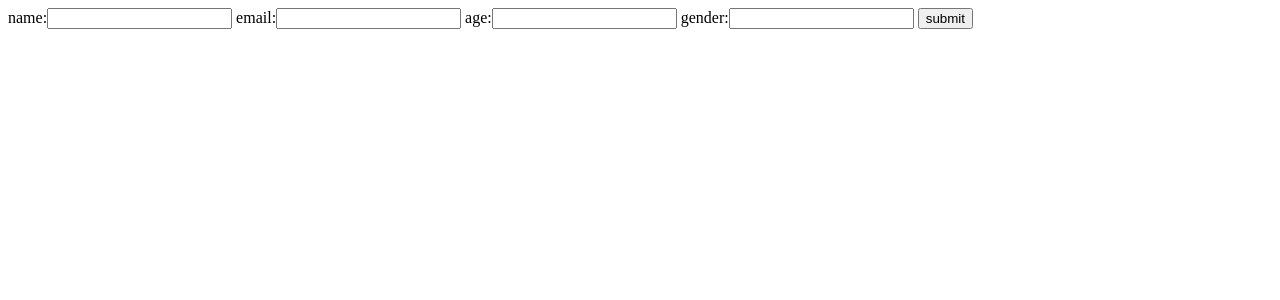
Repository: loganathanofficial/before-17-11-2025
Page: http://localhost/SecondApp/Form.jsp
These files come from the project's save history. The page is drawn as it stood at one moment and after the next save; the edit follows.
The browser window is 1280 px wide. The pictures show the whole page.
The page is served by Tomcat 10. Other server files are loaded and not shown.

Above is the page before, as saved 2025-02-25 04:08:39.

### Spring_MVC/SecondApp/src/main/webapp/Form.jsp
<%@ page language="java" contentType="text/html; charset=UTF-8"
    pageEncoding="UTF-8"%>
<!DOCTYPE html>
<html>
<head>
<meta charset="UTF-8">
<title>Insert title here</title>
</head>
<body>

<form action="save" method="post">

	name:<input type="text" name="studentname">
	email:<input type="text" name="studentemail">
	age:<input type="text" name="studentage">
	gender:<input type="text" name="studentgendet">
	<button type="submit">submit</button>
</form>

</body>
</html>

After the next save:
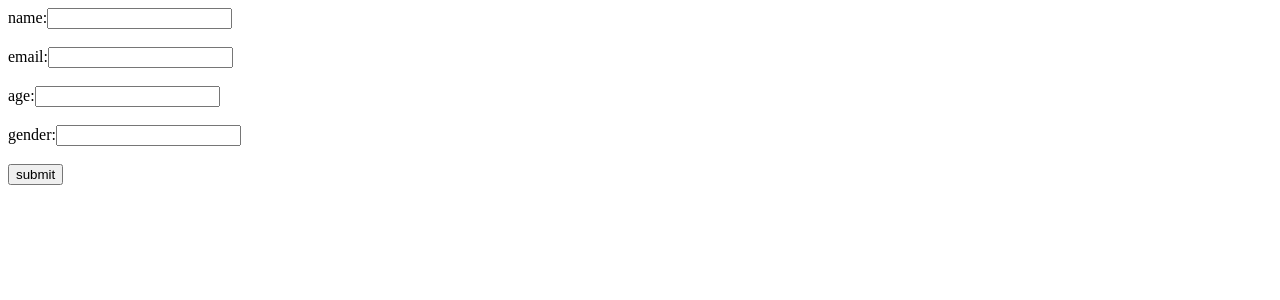
Saved 37 s later.
--- a/Spring_MVC/SecondApp/src/main/webapp/Form.jsp
+++ b/Spring_MVC/SecondApp/src/main/webapp/Form.jsp
@@ -10,10 +10,10 @@
 
 <form action="save" method="post">
 
-	name:<input type="text" name="studentname">
-	email:<input type="text" name="studentemail">
-	age:<input type="text" name="studentage">
-	gender:<input type="text" name="studentgendet">
+	name:<input type="text" name="studentname"><br><br>
+	email:<input type="text" name="studentemail"><br><br>
+	age:<input type="text" name="studentage"><br><br>
+	gender:<input type="text" name="studentgendet"><br><br>
 	<button type="submit">submit</button>
 </form>
 
